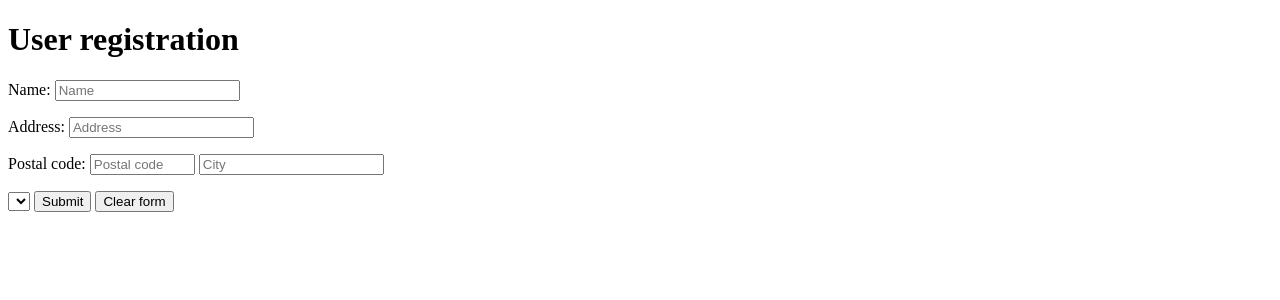
Repository: Filip-Husic/AW_frontend
Page: ex3Forms.html
The author's editor kept a copy of each file at every save. The page is drawn from the files as they stood at one save, then again after a run of saves.
The browser window is 1280 px wide. The pictures show the whole page.

Above is the page before, as saved 2022-11-23 11:34:03.

After the next 5 saves:
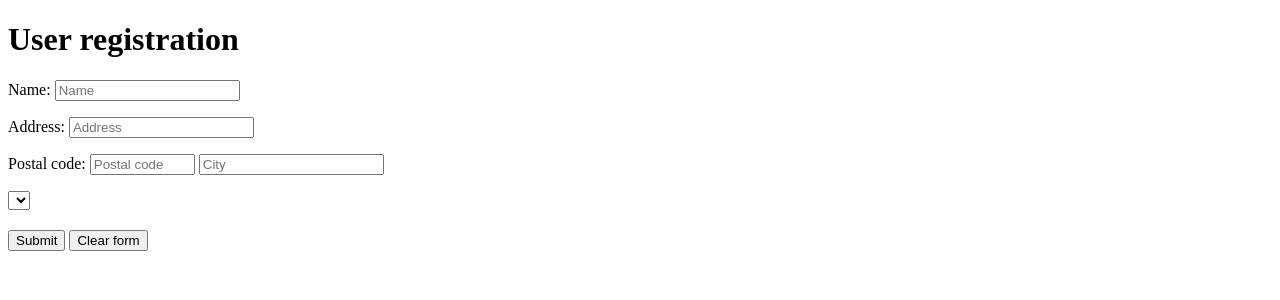
The 5 saves are shown as one change because they came seconds apart.
The last was saved 13 s later.
--- a/ex3Forms.html
+++ b/ex3Forms.html
@@ -22,7 +22,8 @@
             <input type="text" id="pc" name="pc" size="10" maxlength="10" placeholder="Postal code" required>
             <input type="text" id="pc_city" name="pc_city" size="20" maxlength="20" placeholder="City" required>
         </p>
-        <select name="country" id=""></select>
+        <select name="country" id="country"></select>
+            <option value=""></option>
 
         <button type="submit">Submit</button>
         <button type="reset">Clear form</button>
